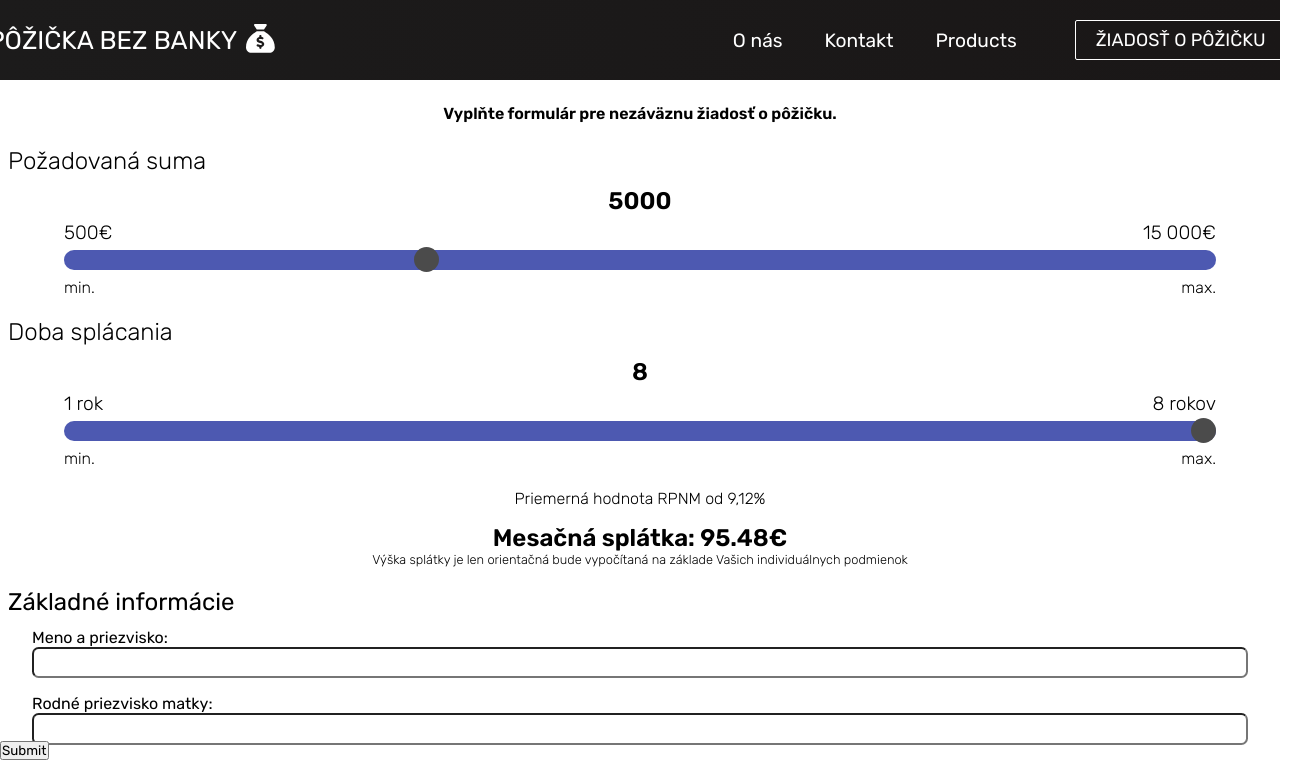
Repository: steve-lgtm/React-website-pozickabezbanky
Page: /ziadost
The author's editor kept a copy of each file at every save. The page is drawn from the files as they stood at one save, then again after a run of saves.
The browser window is 1280 px wide. The page is 1305 px wide, so the pictures cover 1305 px, including what lies to the right of the window. The pictures show the whole page.
Some web libraries are served in a nearby version. The project was rebuilt for these pictures with package versions that can differ from the ones it lists, and the page was loaded fresh each time. Also part of the build but not shown: src/components/pages/Home.js, src/components/pages/Kontakt.js, src/components/pages/Products.js.

Above is the page before, as saved 2022-07-10 16:20:57.

### src/App.js
import React from 'react';
import Navbar from './components/Navbar';
import './App.css';
import Home from './components/pages/Home.js';
import { BrowserRouter as Router, Routes, Route } from 'react-router-dom';
import Kontakt from './components/pages/Kontakt';
import Products from './components/pages/Products';
import Ziadost from './components/pages/Ziadost';
import { library } from '@fortawesome/fontawesome-svg-core'
import { fas } from '@fortawesome/free-solid-svg-icons'


library.add(fas)


function App() {
  return (
      <Router>
        <Navbar />
        <Routes>
          <Route path='/' exact element={<Home />} />
          <Route path='/kontakt' element={<Kontakt/>} />
          <Route path='/products' element={<Products/>} />
          <Route path='/ziadost' element={<Ziadost/>} />
        </Routes>
      </Router>
  );
}

export default App;

### src/components/Navbar.js
import React, { useState, useEffect } from 'react';
import { Button } from './Button';
import { Link } from 'react-router-dom';
import './Navbar.css';
import { FontAwesomeIcon } from '@fortawesome/react-fontawesome';

function Navbar() {
  const [click, setClick] = useState(false);
  const [button, setButton] = useState(true);

  const handleClick = () => setClick(!click);
  const closeMobileMenu = () => setClick(false);

  const showButton = () => {
    if (window.innerWidth <= 1040) {
      setButton(false);
    } else {
      setButton(true);
    }
  };

  useEffect(() => {
    showButton();
  }, []);

  window.addEventListener('resize', showButton);

  return (
    <>
      <nav className='navbar'>
        <div className='navbar-container'>
          <Link to='/' className='navbar-logo' onClick={closeMobileMenu}>
            PÔŽIČKA BEZ BANKY
           {/* <FontAwesomeIcon icon="fa-solid fa-money-bill-1-wave" className='nav-icon'/> */}
           <FontAwesomeIcon icon="fa-solid fa-sack-dollar" className='nav-icon' />
          </Link>
          <div className='menu-icon' onClick={handleClick}>
            <i className={click ? 'fas fa-times' : 'fas fa-bars'} />
          </div>
          <ul className={click ? 'nav-menu active' : 'nav-menu'}>
            <li className='nav-item'>
              <Link to='/' className='nav-links' onClick={closeMobileMenu}>
                O nás
              </Link>
            </li>
            <li className='nav-item'>
              <Link
                to='/kontakt'
                className='nav-links'
                onClick={closeMobileMenu}
              >
                Kontakt
              </Link>
            </li>
            <li className='nav-item'>
              <Link
                to='/products'
                className='nav-links'
                onClick={closeMobileMenu}
              >
                Products
              </Link>
            </li>

            <li>
              <Link
                to='/ziadost'
                className='nav-links-mobile'
                onClick={closeMobileMenu}
              >
                ŽIADOSŤ O PÔŽIČKU
              </Link>
            </li>
          </ul>
          {button && <Button buttonStyle='btn--outline'>ŽIADOSŤ O PÔŽIČKU</Button>}
        </div>
      </nav>
    </>
  );
}

export default Navbar;

### src/App.css
@import url('https://fonts.googleapis.com/css2?family=Rubik:wght@300;400;600&display=swap');
* {
  box-sizing: border-box;
  margin: 0;
  padding: 0;
  font-family: 'Rubik', sans-serif;



}

.home,
.services,
.products,
.sign-up {
  display: flex;
  height: 89vh;
  align-items: center;
  justify-content: center;
  font-size: 3rem;
}

.services {
  background-color: blue;
  background-size: cover;
  background-repeat: no-repeat;
  color: rgb(0, 0, 0);
  font-size: 20px;
}

.products {
  background-color: blue;
  background-position: center;
  background-size: cover;
  background-repeat: no-repeat;
  color: #fff;
  font-size: 100 rem;
}

.sign-up {
  background-position: center;
  background-size: cover;
  background-repeat: no-repeat;
  color: rgb(0, 0, 0);
  font-size: 100px;
}
.home {
  background-position: center;
  background-size: cover;
  background-repeat: no-repeat;
  color: rgb(0, 0, 0);
  font-size: 100px;
}

### src/components/pages/Ziadost.js
import React from 'react';
import '../../App.css';
import './Ziadost.css'
import { useState } from 'react';
import { useFormik} from 'formik'

function PMT(ir, np, pv, fv, type) {

  //  * ir   - interest rate per month
  //  * np   - number of periods (months)
   // * pv   - present value
   // * fv   - future value
  //  * type - when the payments are due:
 //   *        0: end of the period, e.g. end of month (default)
  //  *        1: beginning of period

   var pmt, pvif;

   fv || (fv = 0);
   type || (type = 0);

   if (ir === 0)
       return -(pv + fv)/np;

   pvif = Math.pow(1 + ir, np);
   pmt = - ir * pv * (pvif + fv) / (pvif - 1);

   if (type === 1)
       pmt /= (1 + ir);


   return pmt;}

export default function Ziadost() {
  const [mounthAmount, setMounthAmount] = useState(95.48);
  const formik =  useFormik({
    initialValues: {
      amount: 5000,
      period: 8,
      name: '',
      surnameMom:''
    },
    onSubmit: values => {
      console.log('Form data',values)
    },
    validate: values => {
      let errors ={}

      if(!values.name) {
        errors.name = 'Requiered'
      }

      if(!values.surnameMom) {
        errors.name = 'Requiered'
      }

      return errors
    }
  });

 const changeAmount = (e) => {
  let urk_sdz = 0.1834;
  if(e.target.name==='amount'){
    let urk_sdz = 0.1834;
    if ( formik.values.period===1) urk_sdz = 0.3910;
    if ( formik.values.period>1 && formik.values.period<6 ) urk_sdz = 0.2098; //0.22;
    if ( formik.values.period>5 && formik.values.period<9 ) urk_sdz = 0.1834;
    let finalAmount = Math.round(PMT(Math.pow((1+urk_sdz),1/12)-1,(formik.values.period*12),-1*e.target.value)*100) /100;
  setMounthAmount(finalAmount)}

  if(e.target.name==='period'){
    if ( e.target.value===1) urk_sdz = 0.3910;
    if ( e.target.value>1 && e.target.value<6 ) urk_sdz = 0.2098; //0.22;
    if ( e.target.value>5 && e.target.value<9 ) urk_sdz = 0.1834;
    let finalAmount = Math.round(PMT(Math.pow((1+urk_sdz),1/12)-1,(e.target.value*12),-1*formik.values.amount)*100) /100;
    setMounthAmount(finalAmount)}
  };
  return (
    <>
      <h1 className='header-form'>
          Vyplňte formulár pre nezáväznu žiadosť o pôžičku.
        </h1>
      <form onSubmit={formik.handleSubmit}>
      <div className='container-form'>
        <div className='section-name'>Požadovaná suma</div>
            <h2>{formik.values.amount}</h2>
            <div className="containerslider">
                <div className="pullleft" style={{fontSize:"1.2rem"}}>
                    500€
                </div>
                <div className="pullright" style={{fontSize:"1.2rem"}}>
                    15 000€
                </div>
            <input type="range" name="amount" step="100" min="500" max="15000" onChange={(e) =>{formik.handleChange(e); changeAmount(e)}} value={formik.values.amount} className="slider" id="suma"/>
            <div className="pullleft" style={{fontSize: "1rem"}}>
                min.
            </div>
            <div className="pullright" style={{fontSize: "1rem"}}>
                max.
            </div>
            </div>

       <div className='section-name'>Doba splácania</div>
       <h2>{formik.values.period}</h2>
            <div className="containerslider">
                <div className="pullleft" style={{fontSize:"1.2rem"}}>
                    1 rok
                </div>
                <div className="pullright" style={{fontSize:"1.2rem"}}>
                    8 rokov
                </div>
            <input type="range" name="period" step="1" min="1" max="8" onChange={(e) => {formik.handleChange(e); changeAmount(e)}} value={formik.values.period} className="slider" id="doba"/>
            <div className="pullleft" style={{fontSize: "1rem"}}>
                min.
            </div>
            <div className="pullright" style={{fontSize: "1rem"}}>
                max.
            </div>
            </div>
            <div className="info">
        Priemerná hodnota RPNM od 9,12%
        </div>
        <h2> Mesačná splátka: {mounthAmount}€</h2>
        <div className="info2">
            Výška splátky je len orientačná bude vypočítaná na základe Vašich individuálnych podmienok
        </div>
            </div>
          <div className='personal-data'>
          <div className='section-name'>Základné informácie</div>
            <div className='personal-data-field'>
          <label htmlFor="name">Meno a priezvisko:</label>
      <input type="text" name="name" id="name" onChange={formik.handleChange} value={formik.values.name}/>
      </div>
      <div className='personal-data-field'>
      <label htmlFor="surnameMom">Rodné priezvisko matky:</label>
      <input type="text" name="surnameMom" id="surnameMom" onChange={formik.handleChange} value={formik.values.surnameMom}/>
            </div>
            </div>
            <button type='submit'>Submit</button>
      </form>

    </>
  );
}

### src/components/Button.js
// import React from 'react';
// import './Button.css';
// import { Link } from 'react-router-dom';

// export function Button() {
//   return (
//     <Link to='sign-up'>
//       <button className='btn'>Sign Up</button>
//     </Link>
//   );
// }

import React from 'react';
import './Button.css';
import { Link } from 'react-router-dom';

const STYLES = ['btn--primary', 'btn--outline', 'btn--test'];

const SIZES = ['btn--medium', 'btn--large'];

export const Button = ({
  children,
  type,
  onClick,
  buttonStyle,
  buttonSize
}) => {
  const checkButtonStyle = STYLES.includes(buttonStyle)
    ? buttonStyle
    : STYLES[0];

  const checkButtonSize = SIZES.includes(buttonSize) ? buttonSize : SIZES[0];

  return (
    <Link to='/ziadost' className='btn-mobile'>
      <button
        className={`btn ${checkButtonStyle} ${checkButtonSize}`}
        onClick={onClick}
        type={type}
      >
        {children}
      </button>
    </Link>
  );
};

### src/components/Navbar.css
.navbar {
    background: linear-gradient(90deg, rgb(28, 27, 27) 0%, rgb(26, 23, 23) 100%);
    height: 80px;
    display: flex;
    justify-content: center;
    align-items: center;
    font-size: 1.2rem;
    position: sticky;
    top: 0;
    z-index: 999;
    font-weight: 400;
    white-space: nowrap;
  }

  .navbar-container {
    display: flex;
    justify-content: center;
    align-items: center;
    height: 80px;
    max-width: 1500px;
  }

  .navbar-logo {
    color: #fff;
    justify-self: start;
    margin-left: 0.5em;
    cursor: pointer;
    text-decoration: none;
    font-size: 1.6rem;
    display: flex;
    align-items: center;

  }

  .nav-icon {
    margin-left: 0.3em;
    margin-bottom: 0.1em;
    font-size: 1.8rem;
  }

  .nav-menu {
    display: grid;
    grid-template-columns: repeat(4, auto);
    grid-gap: 10px;
    list-style: none;
    text-align: center;
    width: 60vw;
    justify-content: end;
    margin-right: 2rem;
  }

  .nav-item {
    height: 3.5em;
  }

  .nav-links {
    color: #fff;
    display: flex;
    align-items: center;
    text-decoration: none;
    padding: 0.5rem 1rem;
    height: 100%;
  }

  .nav-links:hover {
    border-bottom: 4px solid #fff;
    transition: all 0.2s ease-out;
  }

  .fa-bars {
    color: rgb(255, 255, 255);
  }

  .nav-links-mobile {
    display: none;
  }

  .menu-icon {
    display: none;
  }

  @media screen and (max-width: 1040px) {
    .NavbarItems {
      position: relative;
    }

    .nav-menu {
      display: flex;
      flex-direction: column;
      justify-content: flex-start;
      width: 100%;
      height: 100vh;
      position: absolute;
      top: 80px;
      left: -100%;
      opacity: 1;
      transition: all 0.5s ease;
    }

    .nav-menu.active {
      background: #242222;
      left: 0;
      opacity: 1;
      transition: all 0.5s ease;
      z-index: 1;
    }

    .nav-links {
      font-size: 1.5rem;
      text-align: center;
      padding: 2rem;
      width: 100%;
      display: table;
    }

    .nav-links:hover {
      background-color: #fff;
      color: #242424;
      border-radius: 0;
    }

    .navbar-logo {
      float: left;}

    .navbar {
      justify-content: flex-start;
    }
    .navbar-container {
      float: left;
    }
    .menu-icon {
      display: block;
      position: absolute;
      top: 0;
      right: 0;
      transform: translate(-100%, 60%);
      font-size: 1.8rem;
      cursor: pointer;
    }

    .fa-times {
      color: #fff;
      font-size: 2rem;
    }

    .nav-links-mobile {
      display: block;
      text-align: center;
      margin: 2rem auto;
      border-radius: 4px;
      width: 80%;
      text-decoration: none;
      font-size: 1.5rem;
      background-color: transparent;
      color: #fff;
      padding: 14px 20px;
      border: 1px solid #fff;
      transition: all 0.3s ease-out;
    }

    .nav-links-mobile:hover {
      background: #fff;
      color: #242424;
      transition: 250ms;
    }
  }

### src/components/pages/Ziadost.css

.container-form {
margin: 0.5em;
display: flex;
flex-direction: column;
align-items: center;
font-weight: 300;
}
.pullleft{
    margin-top:0.3em;
    margin-bottom: 0.3em;
    float: left;

}
.pullright{
    margin-top:0.3em;
    margin-bottom: 0.3em;
    float: right;
}

.containerslider {
    width: 90vw;
    margin-bottom: 1em;
}
.header-form {
    text-align: center;
    font-size: 1rem;
    padding: 1em;
    padding-top: 1.5em;
}
.info{
    font-size: 1rem;
    color:black;
    text-align: center;
    margin-bottom: 1em;
}
.info2{
    font-size: 0.8rem;
    color:black;
    text-align: center;
    margin-bottom: 1em;
}
.slider {
    -webkit-appearance: none;
    width: 100%;
    height: 20px;
    background: #021391;
    outline: none;
    opacity: 0.7;
    -webkit-transition: .2s;
    transition: opacity .2s;
    border-radius: 1em;

  }
.section-name {
    align-self: flex-start;
    font-size: 1.5em;
    margin-bottom: 0.5em;
}

  .slider::-webkit-slider-thumb {
    -webkit-appearance: none;
    appearance: none;
    width: 25px;
    height: 25px;
    background: #000000;
    cursor: pointer;
    border-radius: 40px;
  }

  .slider::-moz-range-thumb {
    width: 25px;
    height: 25px;
    background: #000000;
    cursor: pointer;
  }
.arrow{
    width: 70px;
    margin-bottom: -1em;
}

.personal-data{
    display: flex;
    flex-direction: column;
    justify-content:space-around;
    height: 20vh;
    margin: 0.5em;
}
.personal-data-field{
    display: flex;
    flex-direction: column;
    justify-content:space-around;
    height: 7vh;
    margin: 0 1.5em;
    margin-bottom: 1em;
}
input[type=text] {
    border-radius: 0.5em;
    height: 10vh;
}

### src/components/Button.css
:root {
  --primary: #fff;
}

.btn {
  padding: 8px 20px;
  border-radius: 2px;
  outline: none;
  border: none;
  cursor: pointer;
}

.btn--primary {
  background-color: var(--primary);
  color: #242424;
  border: 1px solid var(--primary);
}

.btn--outline {
  background-color: transparent;
  color: #fff;
  padding: 8px 20px;
  border: 1px solid var(--primary);
  transition: all 0.3s ease-out;
}

.btn--medium {
  margin-right: 1em;
  padding: 8px 20px;
  font-size: 18px;
}

.btn--large {
  padding: 12px 26px;
  font-size: 20px;
}

.btn--large:hover,
.btn--medium:hover {
  transition: all 0.3s ease-out;
  background: #fff;
  color: #242424;
  transition: 250ms;
}

Loaded but not shown: public/index.html (common file); src/index.js (common file); src/index.css (common file)

After the next 2 saves:
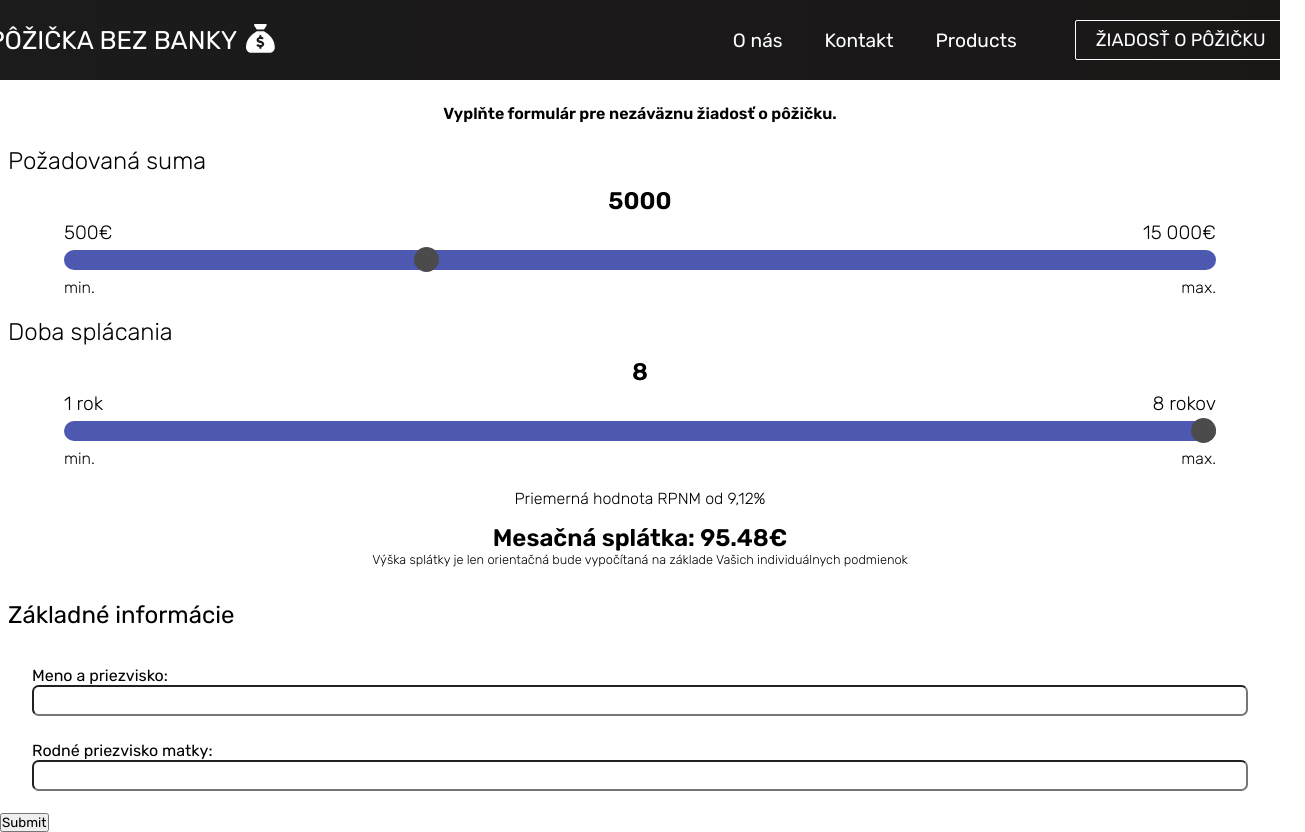
The 2 saves are shown as one change because they came seconds apart.
The last was saved 13 s later.
--- a/src/components/pages/Ziadost.css
+++ b/src/components/pages/Ziadost.css
@@ -83,7 +83,7 @@ font-weight: 300;
     display: flex;
     flex-direction: column;
     justify-content:space-around;
-    height: 20vh;
+    height: 30vh;
     margin: 0.5em;
 }
 .personal-data-field{
@@ -92,7 +92,6 @@ font-weight: 300;
     justify-content:space-around;
     height: 7vh;
     margin: 0 1.5em;
-    margin-bottom: 1em;
 }
 input[type=text] {
     border-radius: 0.5em;
